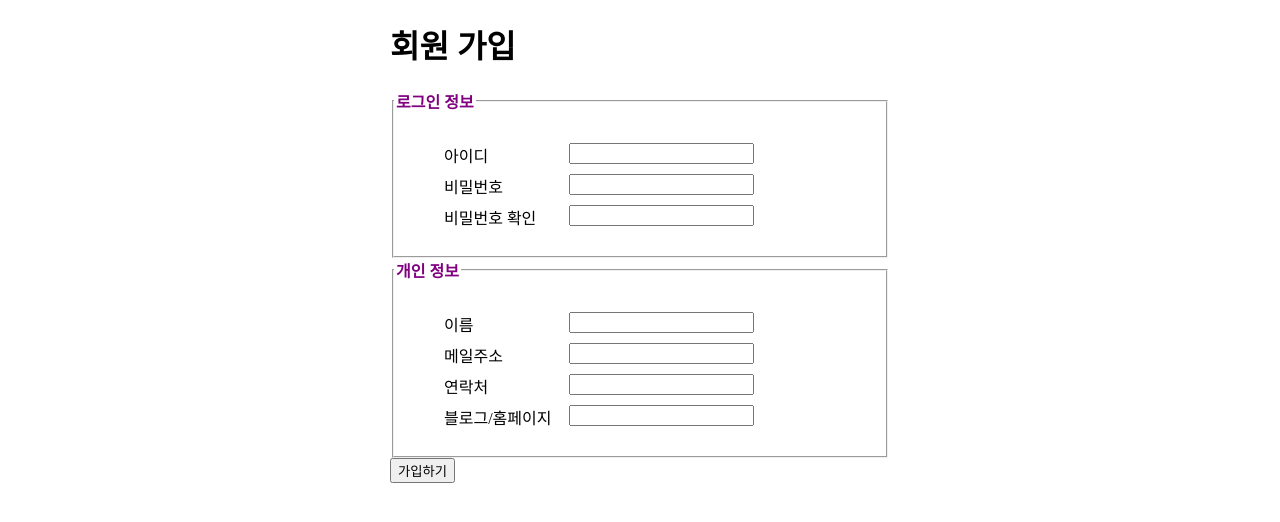
Repository: b1996om/HTML-CSS_study
Page: Practice/public/prac_04.html
These files come from the project's save history. The page is drawn as it stood at one moment and after the next save; the edit follows.
The browser window is 1280 px wide. The pictures show the whole page.

Above is the page before, as saved 2022-12-12 06:55:18.

After the next save:
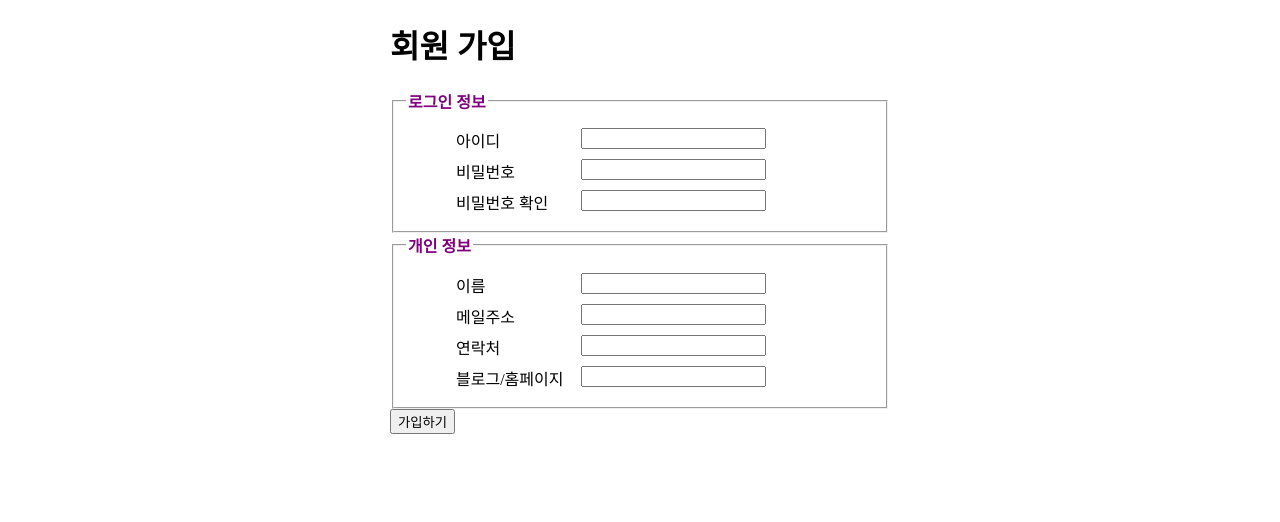
Saved 6 s later.
--- a/Practice/public/prac_04.html
+++ b/Practice/public/prac_04.html
@@ -29,7 +29,6 @@
 			font-weight:bold;
 		}
 		fieldset {
-			padding:20px 0;
 		}
 	</style>
 </head>
